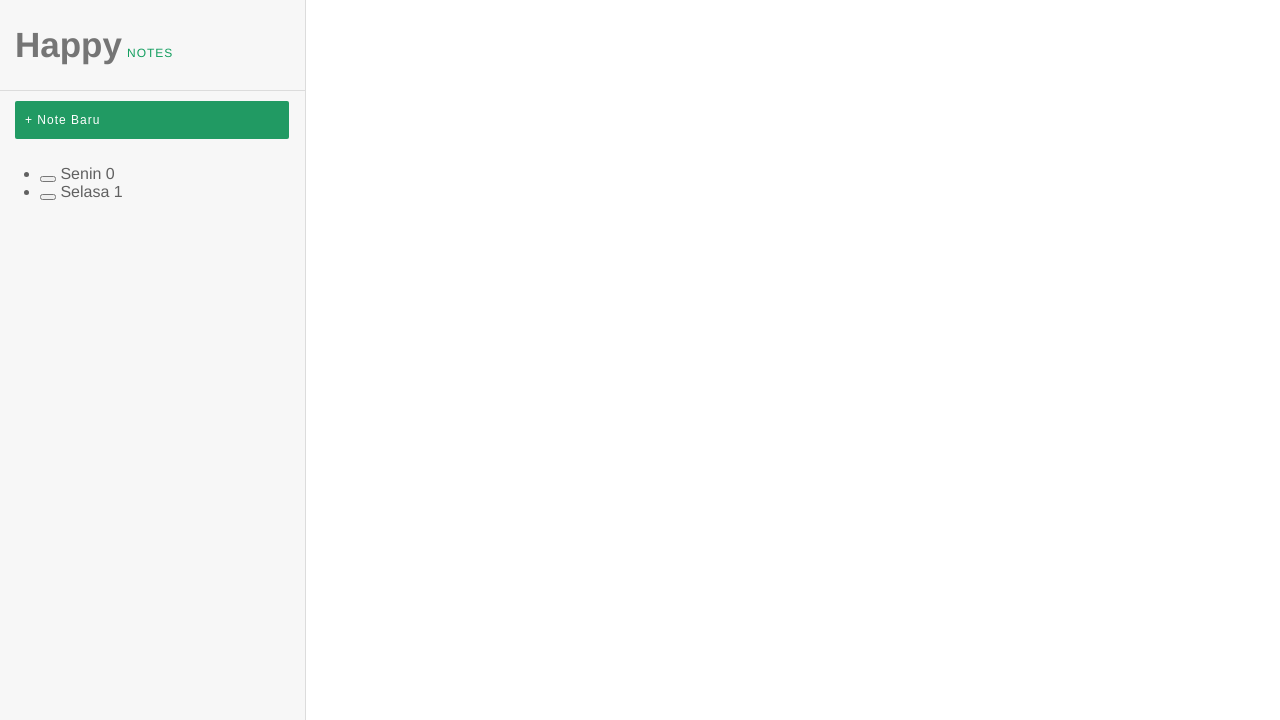
Repository: AdiPrimanto/notes-vue
Page: / (app in resources/)
An editor plug-in stored every save of this project. The page is shown before and after the next save, followed by the edit.
The browser window is 1280 px wide. The pictures show the whole page.
The project was rebuilt for these pictures with package versions that can differ from the ones it lists, and the page was loaded fresh each time. Also part of the build but not shown: resources/vue.config.js.

Above is the page before, as saved 2020-02-22 17:20:53.

After the next save:
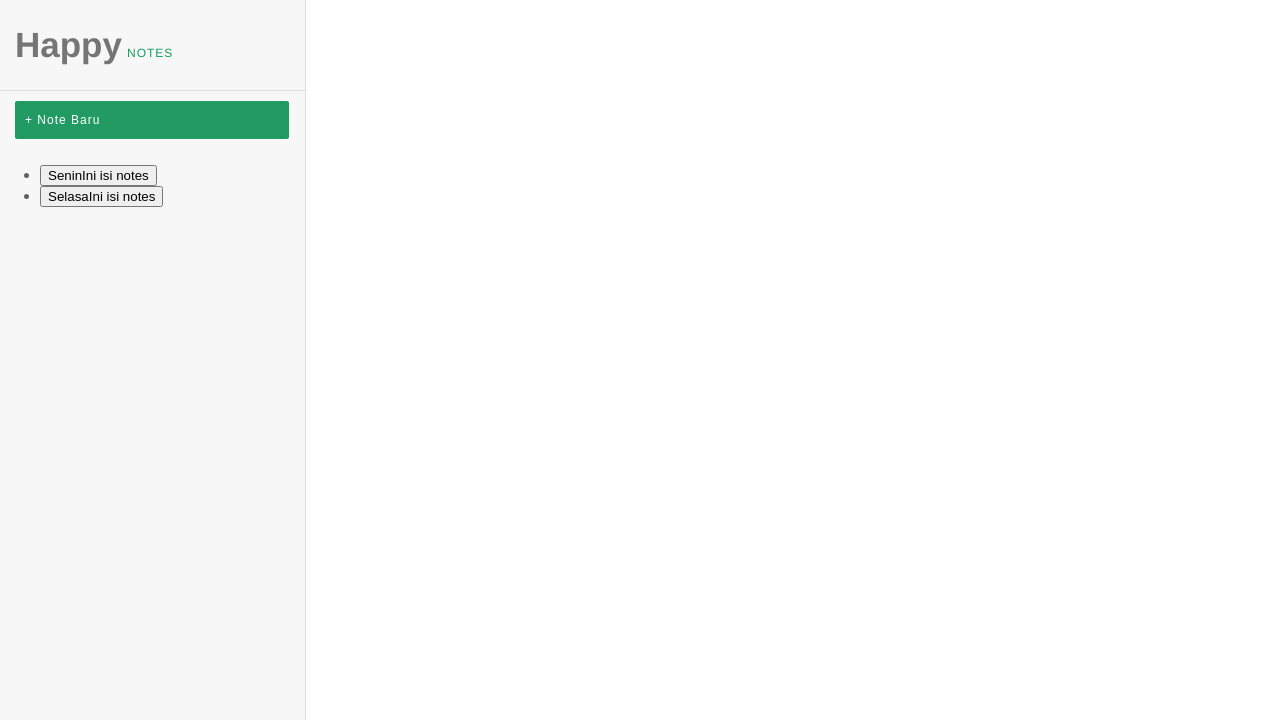
Saved 45 s later.
--- a/resources/src/components/listNotes.vue
+++ b/resources/src/components/listNotes.vue
@@ -2,8 +2,11 @@
     <div class="listNotes">
         <ul>
             <li v-for="(row, index) in notes" :key="index">
-                <button class="btn-note"></button>
-                {{ row.title }} {{ index }}
+                <button class="btn-note">
+                    <label>{{ row.title }}</label>
+                    <span>{{ row.description }}</span>
+                </button>
+                <!-- {{ row.title }} {{ index }} -->
             </li>
         </ul>
     </div>
